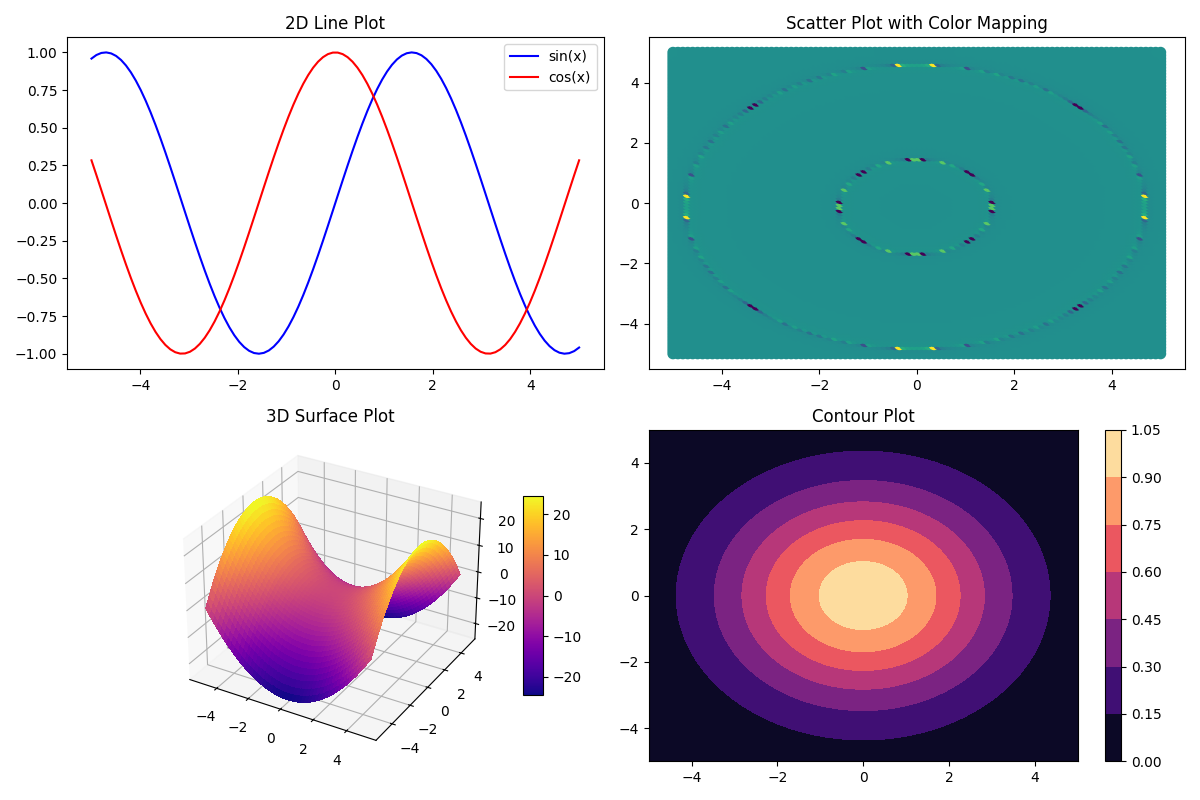
Repository: leoh1223/HW_Python
Script's output: python Amazing_plot.py
These files come from the project's save history. The script's output is drawn as it stood at one moment and after the next save; the edit follows.
Random numbers start from a fixed seed.

Above is the script's output before, as saved 2024-01-08 16:43:10.

### Amazing_plot.py
import numpy as np
import matplotlib.pyplot as plt
from mpl_toolkits.mplot3d import Axes3D
from datetime import datetime
# Generate some data for demonstration
x1 = np.linspace(-5, 5, 100)
y1 = np.linspace(-5, 5, 100)
x, y = np.meshgrid(x1, y1)

z1 = np.tan(np.sqrt(x**2 + y**2))
z2 = np.exp(-(x**2 + y**2) / 10)
z3 = x**2 - y**2

# Create a figure with multiple subplots
fig = plt.figure(figsize=(12, 8))

# Subplot 1: 2D Line Plot
plt.subplot(2, 2, 1)
plt.plot(x1, np.sin(x1), label='sin(x)', color='blue')
plt.plot(x1, np.cos(x1), label='cos(x)', color='red')
plt.title('2D Line Plot')
plt.legend()
# plt.show()

# Subplot 2: Scatter Plot
plt.subplot(2, 2, 2)
plt.scatter(x, y, c=z1, cmap='viridis', s=50)
plt.title('Scatter Plot with Color Mapping')

# Subplot 3: 3D Surface Plot
ax = fig.add_subplot(2, 2, 3, projection='3d')
surface = ax.plot_surface(x, y, z3, cmap='plasma', linewidth=0, antialiased=False)
ax.set_title('3D Surface Plot')
fig.colorbar(surface, ax=ax, shrink=0.6, aspect=10)

# Subplot 4: Contour Plot
plt.subplot(2, 2, 4)
contour = plt.contourf(x, y, z2, cmap='magma')
plt.title('Contour Plot')
fig.colorbar(contour)

# Adjust layout to prevent overlapping
plt.tight_layout()

# Show the plot
plt.show()

After the next save:
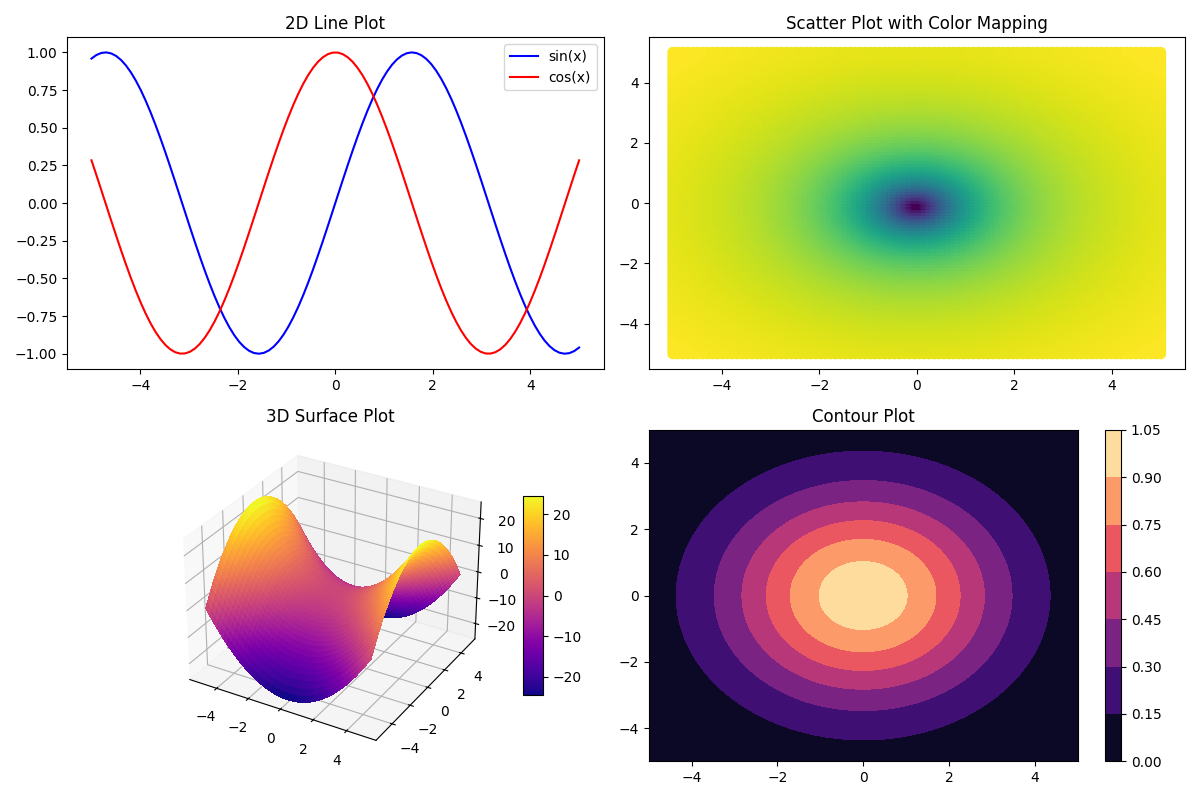
Saved 11 s later.
--- a/Amazing_plot.py
+++ b/Amazing_plot.py
@@ -7,7 +7,7 @@
 y1 = np.linspace(-5, 5, 100)
 x, y = np.meshgrid(x1, y1)
 
-z1 = np.tan(np.sqrt(x**2 + y**2))
+z1 = np.atan(np.sqrt(x**2 + y**2))
 z2 = np.exp(-(x**2 + y**2) / 10)
 z3 = x**2 - y**2
 

After the save that followed:
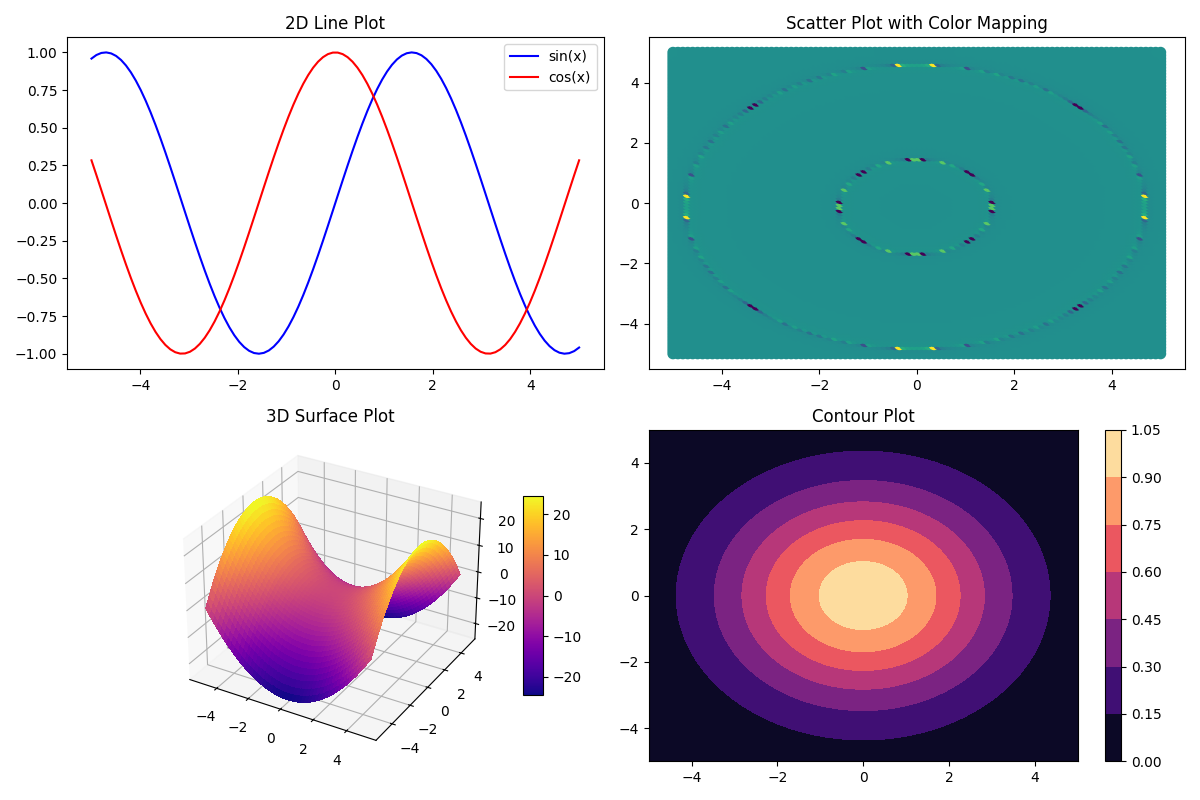
Saved 6 s later.
--- a/Amazing_plot.py
+++ b/Amazing_plot.py
@@ -7,7 +7,7 @@
 y1 = np.linspace(-5, 5, 100)
 x, y = np.meshgrid(x1, y1)
 
-z1 = np.atan(np.sqrt(x**2 + y**2))
+z1 = np.tan(np.sqrt(x**2 + y**2))
 z2 = np.exp(-(x**2 + y**2) / 10)
 z3 = x**2 - y**2
 
